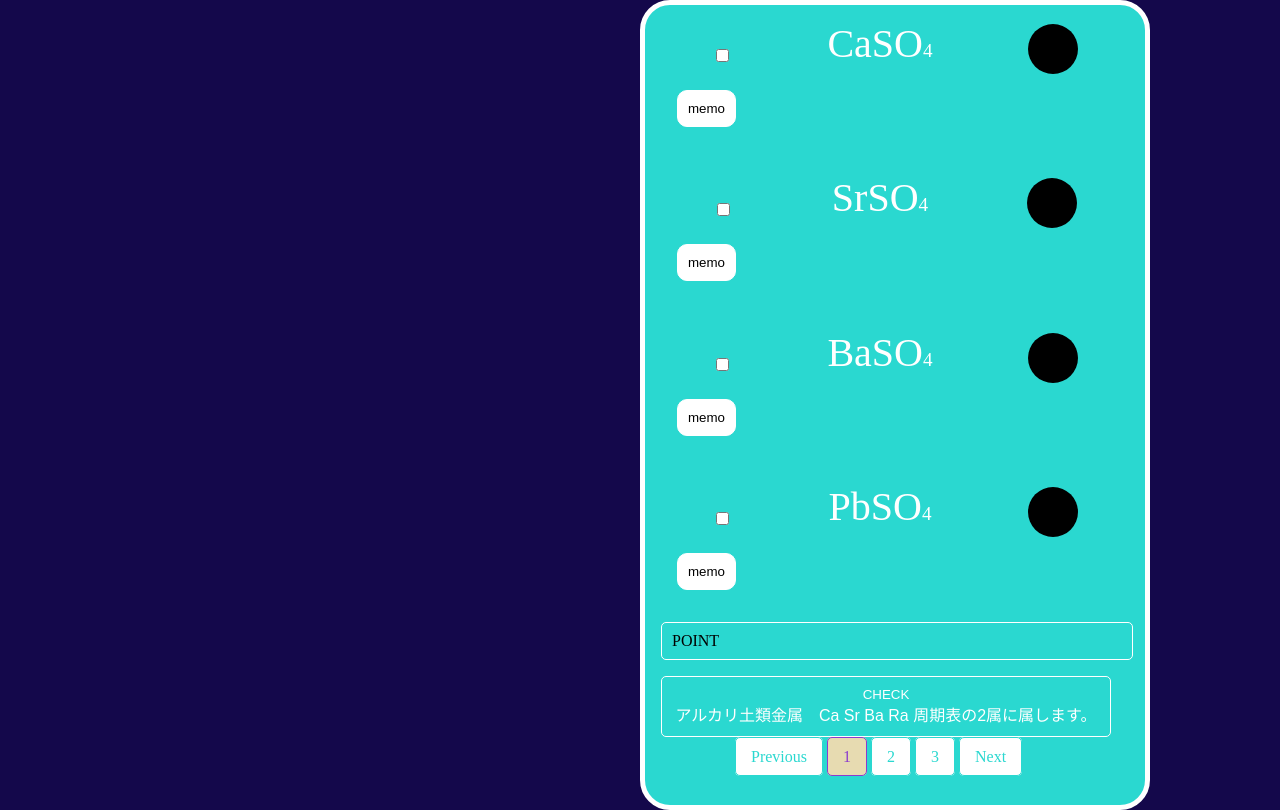
Repository: 1000sky/Inorganic_chemistry_application
Page: http://localhost/
These files come from the project's save history. The page is drawn as it stood at one moment and after the next save; the edit follows.
The browser window is 1280 px wide. The pictures show the whole page.
The page is served by the project's Laravel application, run on PHP 8.4 with Laravel 8. Other server files are loaded and not shown.

Above is the page before, as saved 2022-07-18 18:14:17.

### application/routes/web.php
<?php

use Illuminate\Support\Facades\Route;

/*
|--------------------------------------------------------------------------
| Web Routes
|--------------------------------------------------------------------------
|
| Here is where you can register web routes for your application. These
| routes are loaded by the RouteServiceProvider within a group which
| contains the "web" middleware group. Now create something great!
|
*/

Route::get('/home', function () {
    return view('welcome');
});

Route::get('/dashboard', function () {
    return view('dashboard');
})->middleware(['auth'])->name('dashboard');

require __DIR__.'/auth.php';



Route::get('/', function () {
    return view('index');
});

Route::get('/start', function () {
    return view('start');
})->middleware('auth');

Route::get('/explanation', function () {
    return view('explanation');
});

Route::get('/index2', function () {
    return view('index2');
});

Route::get('/index3', function () {
    return view('index3');
});

Route::get('/index4', function () {
    return view('index4');
});

Route::get('/index5', function () {
    return view('index5');
});

Route::get('/index6', function () {
    return view('index6');
});

Route::get('/index7', function () {
    return view('index7');
});

### application/resources/views/index.blade.php
<!DOCTYPE html>
<html lang="ja">
<head>
    <meta charset="UTF-8">
    <meta name="viewport" content="width=device-width, initial-scale=1.0">
    <meta http-equiv="X-UA-Compatible" content="ie=edge">
    <title>Inorganic_chemistry_application</title>
    <link rel="stylesheet" href="css/reset.css" >
    <link rel="stylesheet" href="css/index.css" />

</head>
<body>
    <div class=card>
        <div class=memorize>
          <input type="checkbox" class=checkbox name="">
          <div class=Chemical-formula>CaSO<span>4</span></div>
          <div class=circle></div>
        </div>
        <form>
          <input type="button" class=button name="" value="memo" onClick="setTF(this.form.text1,'visible')">
          <input type="text" name="text1" style="visibility:hidden"><br>
        </form>
        <br>
        <br>


        <div class=memorize>
          <input type="checkbox" class=checkbox name="">
          <div class=Chemical-formula>SrSO<span>4</span></div>
          <div class=circle></div>
        </div>
        <form>
          <input type="button" class=button name="" value="memo" onClick="setTF(this.form.text1,'visible')">
          <input type="text" name="text1" style="visibility:hidden"><br>
        </form>
        <br>
        <br>


        <div class=memorize>
          <input type="checkbox" class=checkbox name="">
          <div class=Chemical-formula>BaSO<span>4</span></div>
          <div class=circle></div>
        </div>
        <form>
          <input type="button" class=button name="" value="memo" onClick="setTF(this.form.text1,'visible')">
          <input type="text" name="text1" style="visibility:hidden"><br>
        </form>
        <br>
        <br>


        <div class=memorize>
          <input type="checkbox" class=checkbox name="">
          <div class=Chemical-formula>PbSO<span>4</span></div>
          <div class=circle></div>
        </div>
        <form>
          <input type="button" class=button name="" value="memo" onClick="setTF(this.form.text1,'visible')">
          <input type="text" name="text1" style="visibility:hidden"><br>
        </form>
        <br>
        <br>

        <div id="point">POINT
           <p id="point-text"></p>
        </div>

        {{--  --}}
        <button id="check">CHECK
          <p id="check-text">アルカリ土類金属　Ca Sr Ba Ra   周期表の2属に属します。</p>

        </button>

        <ul class="page">
          <li>Previous</li>
          <li class="this">1</li>
          <li><a href="/index2">2</a></li>
          <li><a href="/index3">3</a></li>
          <li><a href="/index2">Next</a></li>
         </ul>
    </div>

     <script language="JavaScript">
      function setTF(fObj,vType){
        fObj.style.visibility = vType;
      };

      document.getElementById("point").onclick = function() {
        document.getElementById("point-text").innerHTML = "硫酸の塩は本来,水に溶けやすいです。<br>アルカリ土類金属イオンやPb<span class=ion>2+</span>があると沈殿します。";

      };

      /*document.getElementById("check-text").style.visibility = "hidden";*/


      document.getElementById("check").onclick = function() {
        const check = document.getElementById("check-text");
        const check1 = document.getElementById("check");

         if(check.style.visibility=="visible"){

           check.style.visibility = "hidden";

        }else{
           check.style.visibility = "visible";
        }

      }




      /*const btn = document.quenrySelector('.check');
      btn.addEventListener('click', function(){
        this.classList.add('check-text').innerHTML = "アルカリ土類金属　Ca Sr Ba Ra   周期表の2属に属します";
      });
      */







      /*document.getElementById("check").onclick = function() {
        document.getElementById("check-text").classList.add("addClass");

      };*/





      /* document.getElementById("check").onclick = function() {
        document.getElementById("check-text").innerHTML = "アルカリ土類金属　Ca Sr Ba Ra   周期表の2属に属します";

      ;

      document.getElementById("check").onclick = function()
        document.getElementById("check").idList.remove("check-text");
      }
*/

      /* window.addEventListener('load', function(){
        document.getElementById("check").addEventListener('click', function(){
        alert("アルカリ土類金属　Ca Sr Ba Ra   周期表の2属に属します");
       });
      });*/
       </script>
</body>
</html>

### application/public/css/index.css
body {
    background-color: rgb(20, 8, 75);
}

.card {
  position: relative;
  top: 50%;
  left: 50%;
  width: 500px;
  height: 800px;

  background-color: rgb(42, 216, 208);
  border: solid 5px white;
  border-radius: 30px;
}
.checkbox{
    margin-top: 1rem;

}
.memorize{
  padding: 1.2rem 1.2rem 0;
  display: flex;
  justify-content: space-around;
}

.Chemical-formula {
    color: white;
    font-size: 2.5rem;
}

.circle{
  width: 50px;
  height: 50px;
  background: black;
  border-radius: 50%;

}
.circle:hover{
    background-color: white;

}

.button{

    margin: 1rem 0 0 2rem;
    border-radius: 10px;
    border: solid 1px white;
    background-color: white;
    padding: 10px;
}

span {
  font-size: 1.2rem;
}

.point {
   color: white;

   font-size: 2.5rem;
}



.page{

  position: absolute;
  left:18%;
  bottom: 5%;

}


.page li{
  display: inline;
  padding:10px 15px;
  border:solid 1px ;
  border-radius: 5px ;
  color: rgb(42, 216, 208);
  background-color: white;

}

.page :hover {
  background-color: rgb(255, 231, 51);
  text-decoration: none;
}


.page .this {
  background-color:rgb(231, 219, 177);
  color:rgb(140, 59, 206);
  text-decoration: none;
}

.page a {
  text-decoration: none;
  color: inherit;
}

#point {
  margin: 0 1rem;
  cursor: pointer;
  width: 450px;
  padding: 10px;
  text-align: left;
  border: 1px solid white;
  border-radius: 5px ;
}


#point-text {
  text-align: center;
}


#check {
  margin: 1rem ;
  color: white;
  cursor: pointer;
  width: 450px;
  padding: 10px;
  border: 1px solid white;
  border-radius: 5px ;
  background-color: rgb(42, 216, 208);
}


#check-text {
  font-size: 1rem;
  text-align: center;
  margin: 0 auto;
  color: white;

}




.ion {
  font-size: 0.5rem;
  vertical-align: top;

}

.hg {
  font-size: 0.5rem;
}


/* 3ページ */
.circle-CuOH{
  width: 50px;
  height: 50px;
  background: black;
  border-radius: 50%;

}
/* 3ページ */
.circle-CuOH:hover {
  background-color: rgb(52, 194, 222);
  border: 1px solid white;

}
/* 3ページ */
.circle-FeOH2{
  width: 50px;
  height: 50px;
  background: black;
  border-radius: 50%;
}
/* 3ページ */
.circle-FeOH2:hover {
  background-color: rgb(164, 213, 164);
  border: 1px solid white;

}
/* 3 4 ページ */
.circle-reddish-brown{
  width: 50px;
  height: 50px;
  background: black;
  border-radius: 50%;
}
/* 3 4ページ */
.circle-reddish-brown:hover {

  border: 1px solid white;
  background: linear-gradient(180deg,rgb(128, 37, 2), rgb(237, 237, 116));

}
/* 3ページ */
.kasuu {
  font-size: 0.5rem;
}

/* 4ページ */
.circle-black {
  width: 50px;
  height: 50px;
  background: black;
  border-radius: 50%;

}
/* 4ページ */
.circle-black:hover {
    background-color: rgb(21, 21, 29);
    border: 2px solid white;

}
/* 7ページ */
.circle-yellow {
  width: 50px;
  height: 50px;
  background: black;
  border-radius: 50%;

}
/* 7ページ */
.circle-yellow:hover {
    background-color: yellow;
    border: 2px solid white;

}

/* 7ページ */

.flame-reaction3{
  display: inline;


}

.circle-Li {

  width: 30px;
  height: 30px;
  background: black;
  border-radius: 50%;
}

.circle-Li:hover {
  background-color: rgb(233, 47, 10);
  border: 2px solid white;

}

.circle-Na {

  width: 30px;
  height: 30px;
  background: black;
  border-radius: 50%;
}

.circle-Na:hover {
  background-color: rgb(222, 193, 48);
  border: 2px solid white;

}

.circle-K {
  width: 30px;
  height: 30px;
  background: black;
  border-radius: 50%;
}

.circle-K:hover {
  background-color: rgb(211, 154, 205);
  border: 2px solid white;

}

.circle-Cu {
  width: 30px;
  height: 30px;
  background: black;
  border-radius: 50%;
}

.circle-Cu:hover {
  background-color: rgb(21, 161, 131);
  border: 2px solid white;

}

.circle-Ca {
  width: 30px;
  height: 30px;
  background: black;
  border-radius: 50%;
}

.circle-Ca:hover {
  background-color: rgb(237, 104, 37);
  border: 2px solid white;

}

.circle-Sr {
  width: 30px;
  height: 30px;
  background: black;
  border-radius: 50%;
}

.circle-Sr:hover {
  background-color: rgb(183, 46, 101);
  border: 2px solid white;

}

.circle-Ba {
  width: 30px;
  height: 30px;
  background: black;
  border-radius: 50%;
}

.circle-Ba:hover {
  background-color: rgb(174, 247, 118);
  border: 2px solid white;

}






#flame-reaction {

  margin: 1rem auto;
  cursor: pointer;
  width: 450px;
  padding: 10px;
  text-align: center;
  border: 1px solid white;
  border-radius: 5px ;


}

#flame-reaction2 {
  color: white;
  text-align: left;
  display: inline;

}

Loaded but not shown: application/routes/auth.php (common file); application/public/css/reset.css (common file)

After the next save:
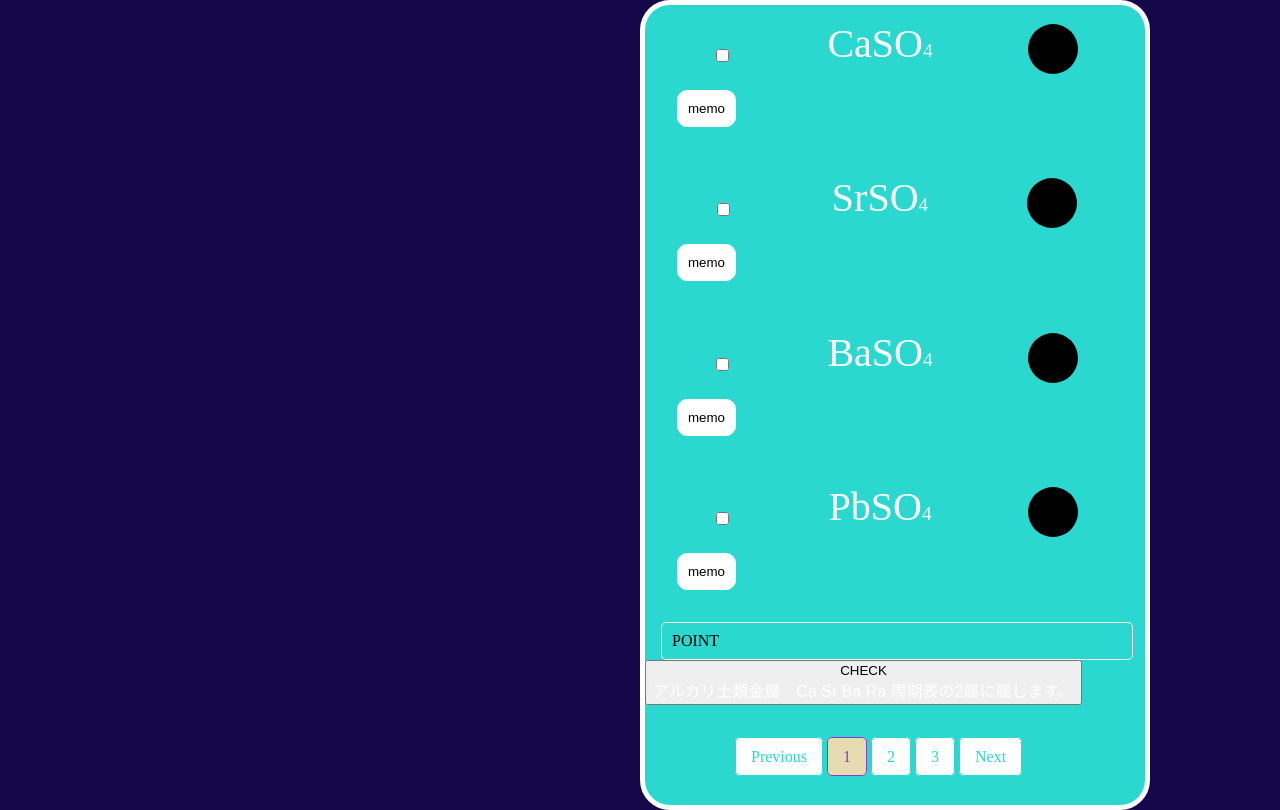
Console error: TypeError: Cannot set properties of null (setting 'onclick')
Saved 13 min 30 s later.
--- a/application/resources/views/index.blade.php
+++ b/application/resources/views/index.blade.php
@@ -67,7 +67,7 @@
         </div>
 
         {{--  --}}
-        <button id="check">CHECK
+        <button id="c">CHECK
           <p id="check-text">アルカリ土類金属　Ca Sr Ba Ra   周期表の2属に属します。</p>
 
         </button>

After the 4 saves that followed:
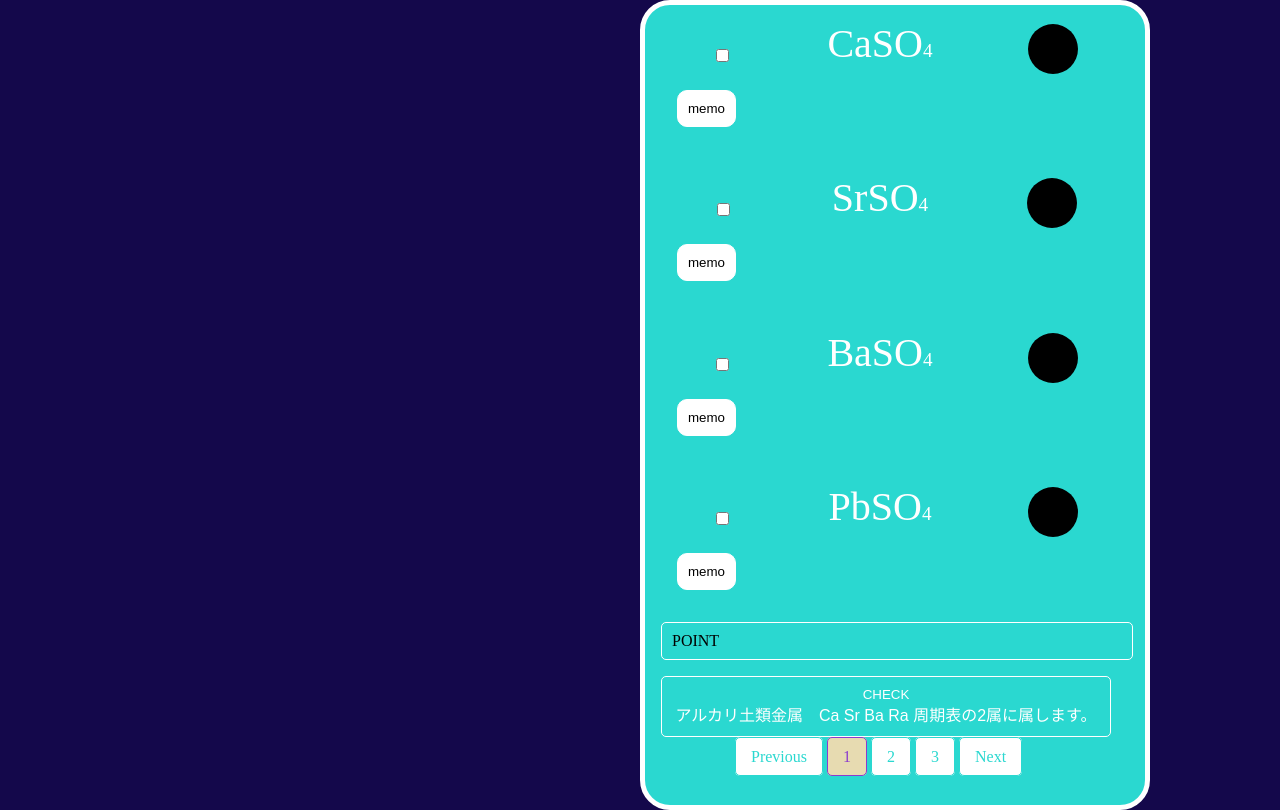
The error is gone.
The 4 saves are shown as one change because 3 left the picture as it was.
The last was saved 86 s later.
--- a/application/resources/views/index.blade.php
+++ b/application/resources/views/index.blade.php
@@ -67,7 +67,7 @@
         </div>
 
         {{--  --}}
-        <button id="c">CHECK
+        <button id="check">CHECK
           <p id="check-text">アルカリ土類金属　Ca Sr Ba Ra   周期表の2属に属します。</p>
 
         </button>
